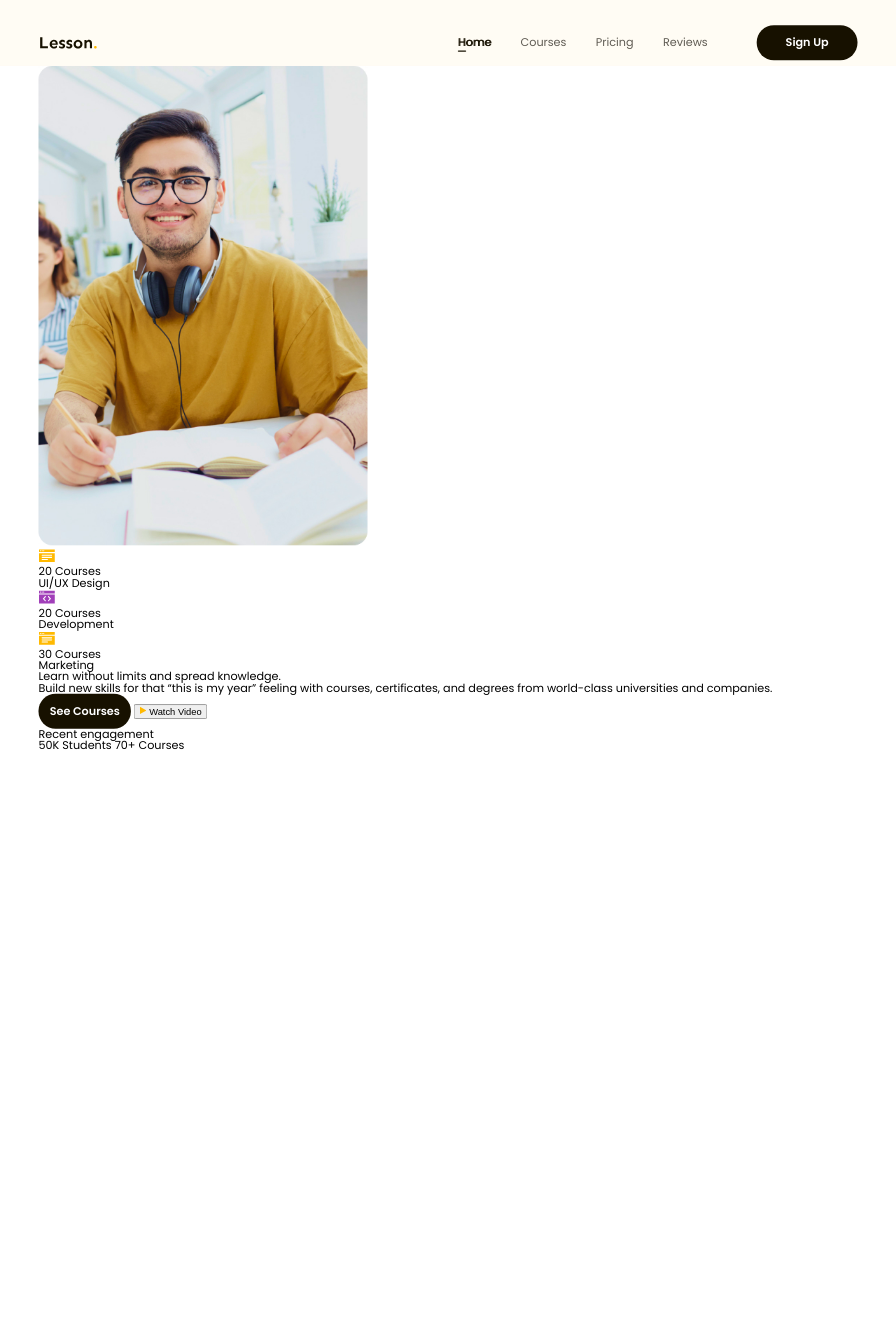
Repository: Tibi2003/f8-htmlcss-02
Page: index.html
The author's editor kept a copy of each file at every save. The page is drawn from the files as they stood at one save, then again after the next save.
The browser window is 1280 px wide. The pictures show the part of the page from y = 0 to 1920 px (the page is 5000 px tall), at 70% of full size.

Above is the page before, as saved 2024-03-07 09:33:40.

After the next save:
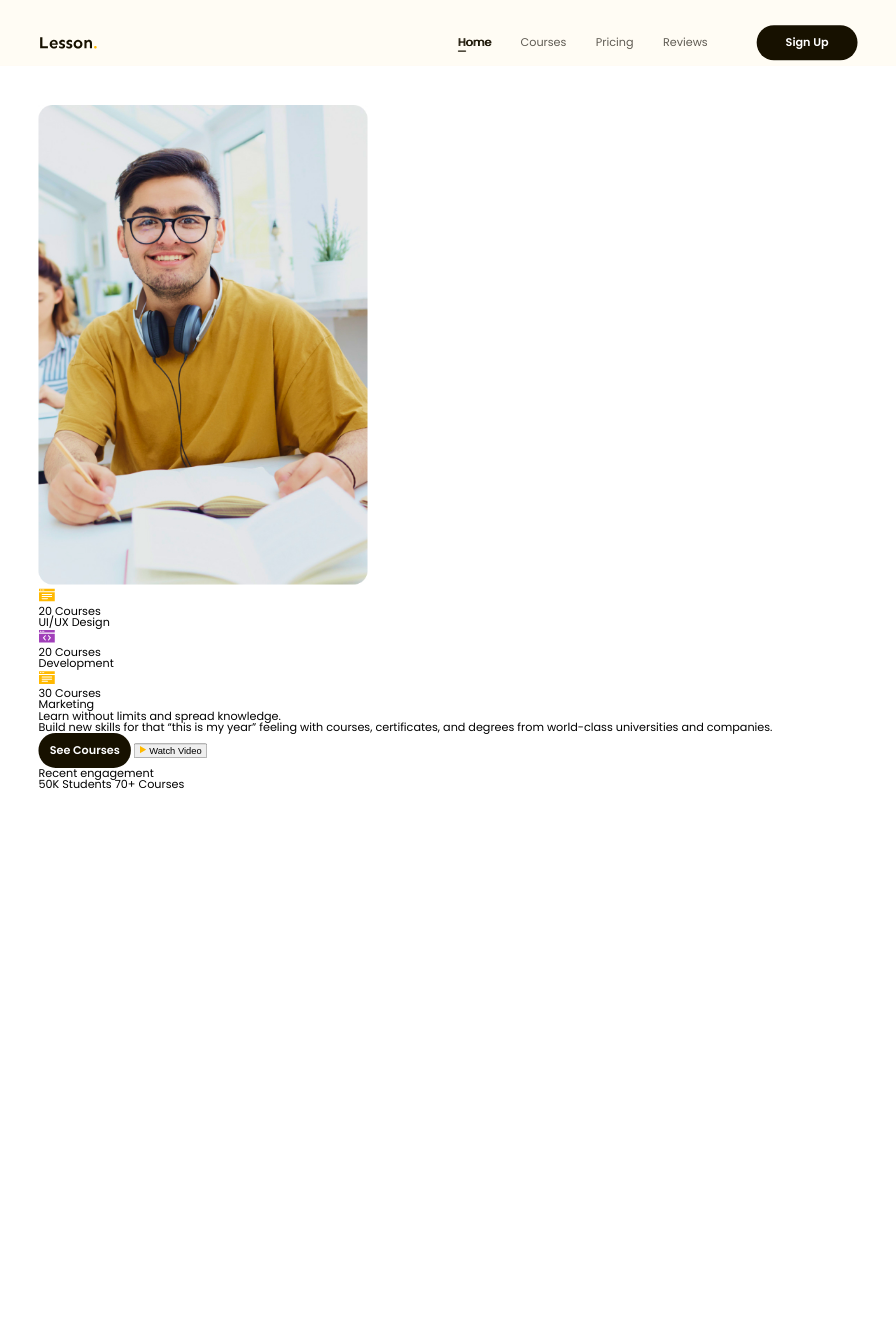
Saved 73 s later.
--- a/assets/css/styles.css
+++ b/assets/css/styles.css
@@ -93,3 +93,8 @@ a {
 .header .action {
 	margin-left: 49px;
 }
+
+/* Hero */
+.hero {
+	padding-top: 56px;
+}
